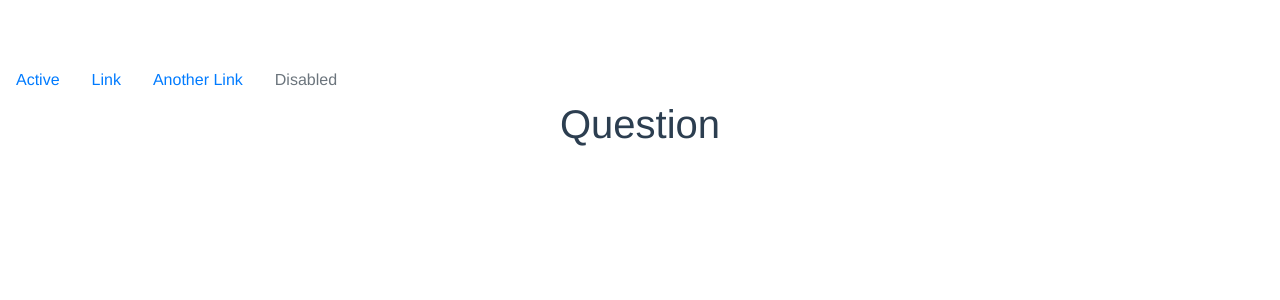
Repository: tokliver/AppVue
Page: /
The author's editor kept a copy of each file at every save. The page is drawn from the files as they stood at one save, then again after the next save.
The browser window is 1280 px wide. The pictures show the whole page.
The project was rebuilt for these pictures with package versions that can differ from the ones it lists, and the page was loaded fresh each time.

Above is the page before, as saved 2019-04-13 09:13:29.

### src/main.js
import Vue from 'vue'

import BootstrapVue from 'bootstrap-vue'

import 'bootstrap/dist/css/bootstrap.css'
import 'bootstrap-vue/dist/bootstrap-vue.css'

import App from './App.vue'



Vue.use(BootstrapVue)

Vue.config.productionTip = false

new Vue({
  render: h => h(App),
}).$mount('#app')

### src/App.vue
<template>
  <div id="app">
    <Header />
    <QuestionBox />
  </div>
</template>

<script>
import Header from './components/Header.vue'
import QuestionBox from './components/QuestionBox.vue'

export default {
  name: 'app',
  components: {
    Header,
    QuestionBox
  }
}
</script>

<style>
#app {
  font-family: 'Avenir', Helvetica, Arial, sans-serif;
  -webkit-font-smoothing: antialiased;
  -moz-osx-font-smoothing: grayscale;
  text-align: center;
  color: #2c3e50;
  margin-top: 60px;
}
</style>

### src/components/Header.vue
<template>
<div>
  <b-nav>
    <b-nav-item active>Active</b-nav-item>
    <b-nav-item>Link</b-nav-item>
    <b-nav-item>Another Link</b-nav-item>
    <b-nav-item disabled>Disabled</b-nav-item>
  </b-nav>
</div>
</template>

### src/components/QuestionBox.vue
<template>
    <h1>Question</h1>
</template>

Loaded but not shown: public/index.html (common file)

After the next save:
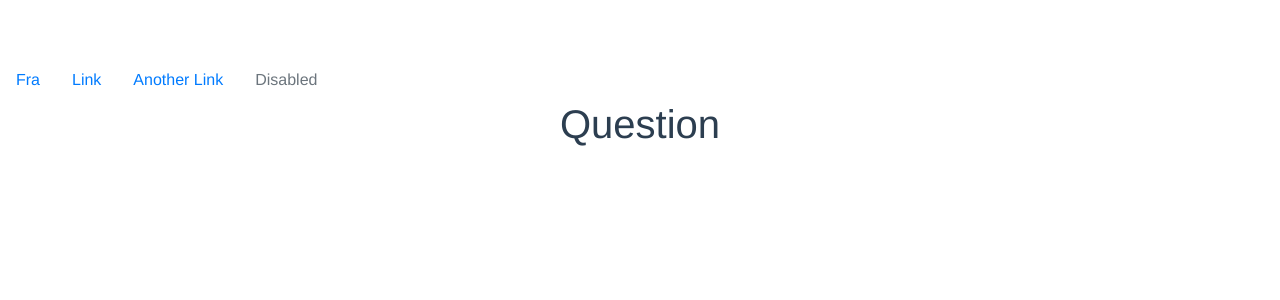
Saved 69 s later.
--- a/src/components/Header.vue
+++ b/src/components/Header.vue
@@ -1,7 +1,7 @@
 <template>
 <div>
   <b-nav>
-    <b-nav-item active>Active</b-nav-item>
+    <b-nav-item active>Fra</b-nav-item>
     <b-nav-item>Link</b-nav-item>
     <b-nav-item>Another Link</b-nav-item>
     <b-nav-item disabled>Disabled</b-nav-item>
